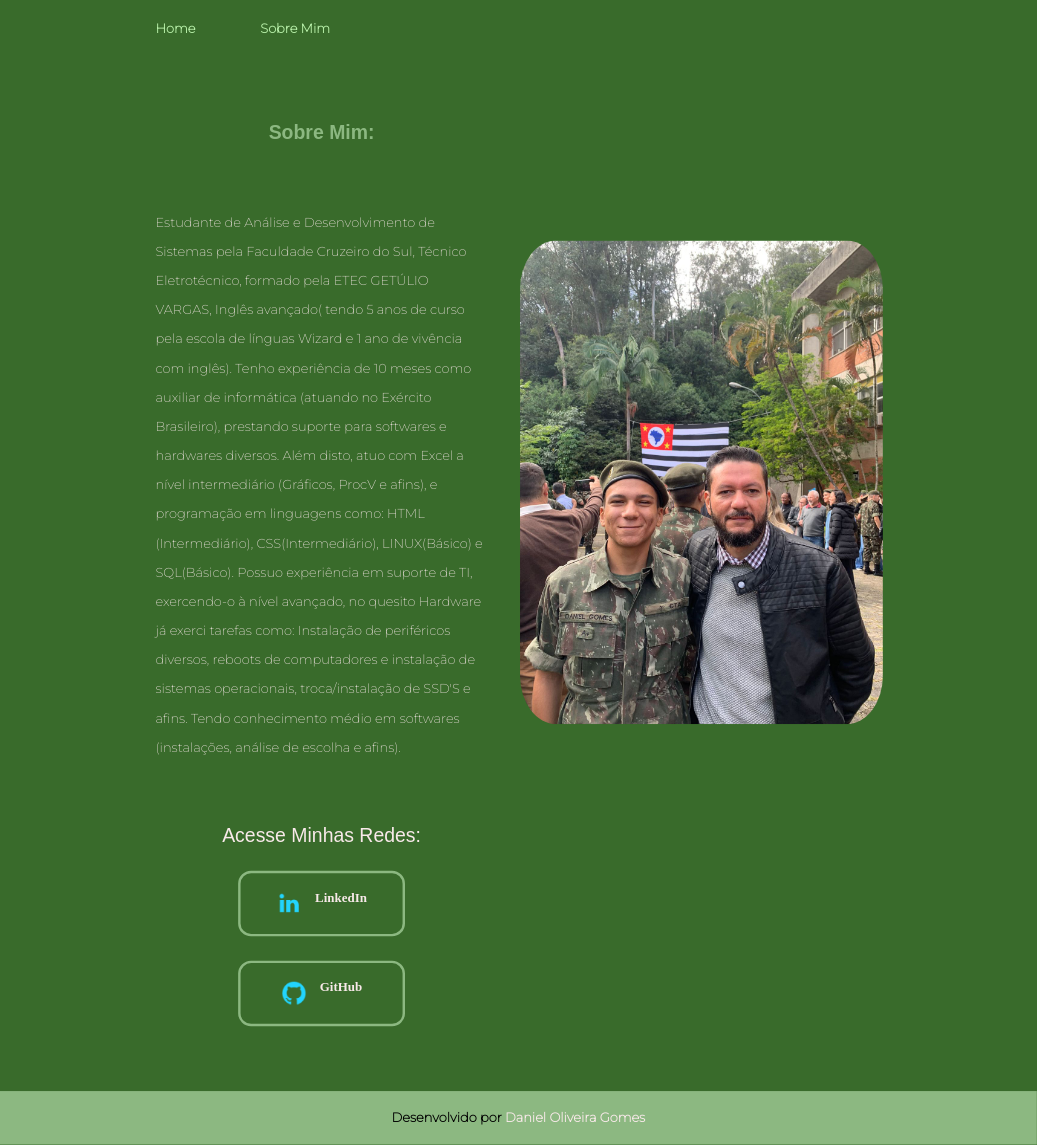
Repository: DamnDTX/Portfolio-Daniel-Oliveira-1
Page: about.html
These files come from the project's save history. The page is drawn as it stood at one moment and after the next save; the edit follows.
The browser window is 1280 px wide. The pictures show the whole page, at 81% of full size.
Some web fonts or font styles are not loaded; a fallback is used.

Above is the page before, as saved 2023-07-11 15:02:08.

### about.html
<!DOCTYPE html>
<html lang="pt-br">
<head>
    <meta charset="UTF-8">
    <meta name="viewport" content="width=device-width, initial-scale=1.0">
    <title>Sobre Mim</title>
    <link rel="stylesheet" href="./styles/about.css">
    <!--Há duas formas de nós conseguirmos linkar o nosso arquivos css, a primeira forma nós já sabemos, que é utilizando o elemento link, mas podemos fazer de outra forma, que é escrevendo "link:" e puxar o caminho do css, prefiro a primeira forma, já que a velocidade de ação é a mesma-->
</head>
<body>
<header>
    <header class="cabecalho">
        <nav class="cabecalho__menu">
            <a class="cabecalho__menu__link" href="index.html">Home</a>
            <a class="cabecalho__menu__link" href="about.html">Sobre Mim</a>
        </nav>
</header>
<!--Copiamos o header da outra página html, temos que ver que tem coisas que queremos que continue igual, igual
    o header e as estilizações (posicionamento e afins, quando for assim, copiamos as propriedades da mesma forma
    , alterando só quando necessário)
-->
<main class="principal">
    <section class="principal__conteudo">
        <h1 class="principal__conteudo__titulo">
   <strong>Sobre Mim:</strong>
        </h1>

        <h4 class="principal__conteudo__apresentacao">
            Estudante de Análise e Desenvolvimento de Sistemas pela Faculdade Cruzeiro do Sul, Técnico Eletrotécnico, formado pela ETEC GETÚLIO VARGAS, Inglês avançado( tendo 5 anos de curso pela escola de línguas Wizard e 1 ano de vivência com inglês). Tenho experiência de 10 meses como auxiliar de informática (atuando no Exército Brasileiro), prestando suporte para softwares e hardwares diversos. Além disto, atuo com Excel a nível intermediário (Gráficos, ProcV e afins), e programação em linguagens como: HTML (Intermediário), CSS(Intermediário), LINUX(Básico) e SQL(Básico). Possuo experiência em suporte de TI, exercendo-o à nível avançado, no quesito Hardware já exerci tarefas como: Instalação de periféricos diversos, reboots de computadores e instalação de sistemas operacionais, troca/instalação de SSD'S e afins. Tendo conhecimento médio em softwares (instalações, análise de escolha e afins).
        </h4>
        <div class="principal__links">
            <h2 class="principal__links__subtitulo">Acesse Minhas Redes:</h2>
        <a class="principal__link__social" target="_blank" href="https://www.linkedin.com/in/daniel-oliveira-gomes-3470511b6/">
                <img src="./assets/Logo linkedin.png" alt="linkeidn_logo">
            LinkedIn
                </a>
        <a class="principal__link__social" target="_blank" href="https://github.com/DamnDTX/">
          <img src="./assets/Logo Github.png" alt="github_logo">
          GitHub
        </a>
    </section>
    <img class="daniel" alt="minha_pessoa" src="./assets/Daniel milico.jpeg">
</main>

<footer class="rodape">
    <h4>Desenvolvido por <strong class="desenvolvedor">Daniel Oliveira Gomes</strong></h4>
</footer>
</body>
</html>

### styles/about.css
@import url('https://fonts.googleapis.com/css2?family=Abril+Fatface&family=Krona+One&family=Montserrat:wght@100;200&display=swap');
@import url('https://fonts.googleapis.com/css2?family=Abril+Fatface&family=Krona+One&family=Montserrat:wght@100&display=swap');

:root{
    --cor-dos-textos:#F8E9E9;
    --fonte-textos:'Montsserrat',sans-serif;
    --fonte-titulos:'Krona One', sans-serif;
}




*{
    margin: 0;
    padding: 0;
}

body{
    background-color:  #396B2B;
    color: var(--cor-dos-textos);
    height: 100vh;
    box-sizing: border-box;
}
 /*O 100vh serve quando temos poucos elementos na página, quando o body não alcança tudo (quando há poucos
 elementos), quando não for o caso de termos poucos elementos, tiramos-o, ou melhor, não os usamos  */
strong{
    color: #8CB881;
}

.cabecalho{
padding: 2% 0 0 15%;
}

.cabecalho__menu{display: flex;
gap: 80px;}

.cabecalho__menu__link{font-size:  1,5rem;
    font-family: 'Montserrat', sans-serif;
    font-style: normal;
    font-weight: 600;
    line-height: normal;
    color: #B6EEA7;
    text-decoration: none;
}

.principal{display: flex;
align-items: center;
justify-content: space-between;
padding: 5% 15%;
gap: 40px;}



.principal__conteudo{
    width: 615px;
    display: flex;
    flex-direction: column;
    gap: 40px;
       }

.principal__conteudo__titulo{
    font-family: 'Krona One', sans-serif;
    font-size: 2.25;
    text-align: center;
    margin-top: 40px;

}



.principal__conteudo__apresentacao{
    font-family: 'Montserrat', sans-serif;
    display: flex;
    flex-direction: column;
    font-size:  1,5rem;
    font-style: normal;
    font-weight: 400;
    line-height: 36px;
    color: #F8E9E9;
    margin-top: 40px;
}

.daniel{
    height: 50%;
    width: 50%;
    border-radius: 10%;
    margin-bottom: 200px;
}

 .principal__links{
        justify-content: space-between;
        flex-direction:column;
        align-items: center;
        display: flex;
        width: 378px;
        padding: 16px;
        justify-content: center;
        align-items: center;
        gap: 20px;

        .principal__links__social:hover{
            background-color: #3843E0;
        }
 }
    .principal__links__subtitulo{
        font-family: 'Krona One', sans-serif;
        font-weight: 400;
        margin-top: 20px;
        }


    .principal__link__social{
        background-color: transparent;
        color: #F8E9E9;
        width: 200px;
        height: 32px;
        text-align: center;
        border-radius: 16px;
        font-size:  1,5rem;
        padding: 21.5px 0;
        text-decoration: none;
        font-weight: 600;
        border-style: solid;
        display: flex;
        justify-content: center;
        gap: 16px;
        margin-top: 10px;
        border-color: #8CB881;
    }

.logo{width: 28px;
    height: 28px;
    }

.rodape{font-size:  1,5rem;
    font-family: 'Montserrat', sans-serif;
    font-style: normal;
    font-weight: 400;
    line-height: 36px;
    background-color: #8CB881;
    text-align: center;
    color: black;
    padding: 15px;
    flex-shrink: 0;
}

    .desenvolvedor{color: #F8E9E9;}

After the next save:
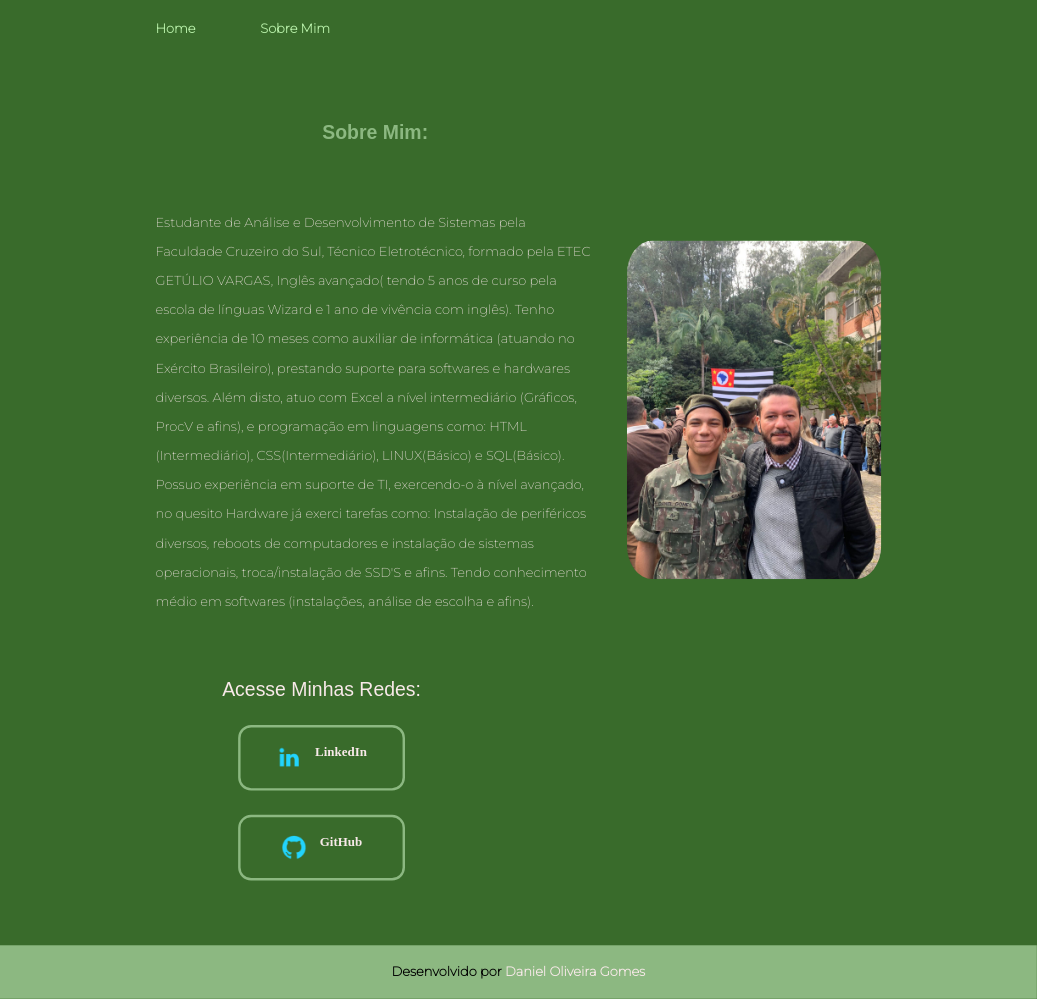
Saved 14 min 42 s later.
--- a/styles/about.css
+++ b/styles/about.css
@@ -81,8 +81,8 @@ gap: 40px;}
 }
 
 .daniel{
-    height: 50%;
-    width: 50%;
+    height: 35%;
+    width: 35%;
     border-radius: 10%;
     margin-bottom: 200px;
 }
